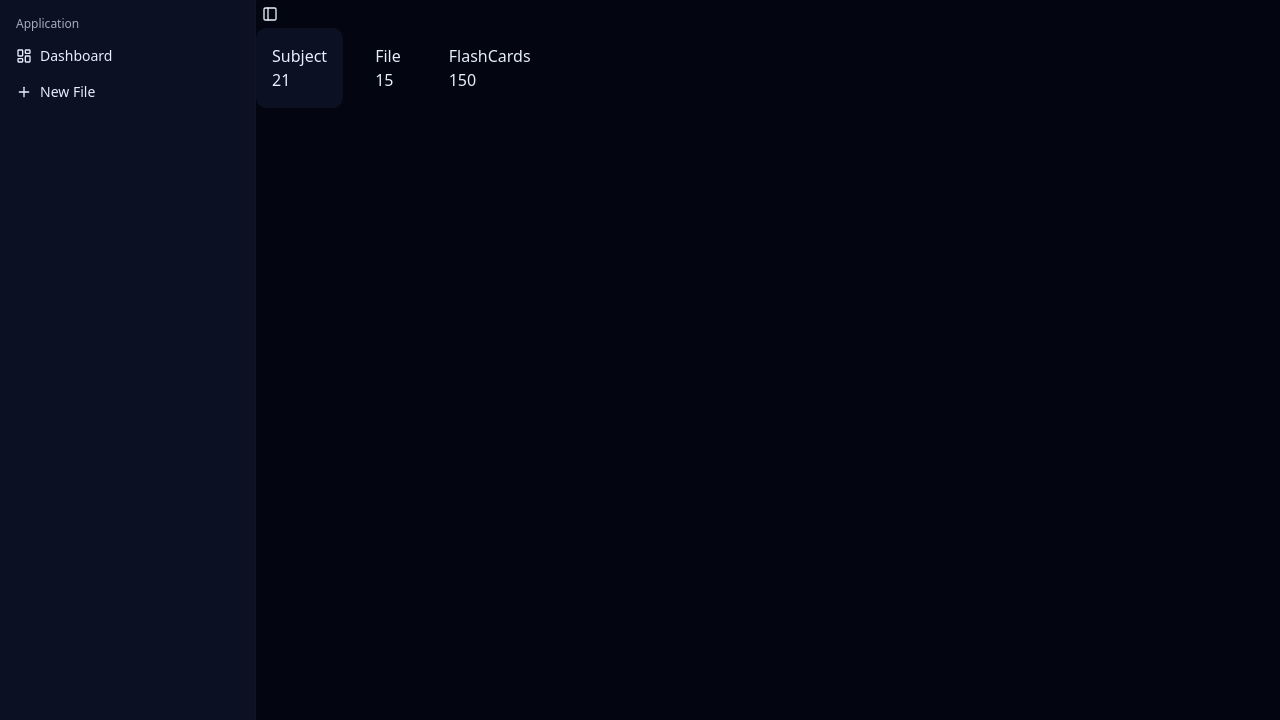
Repository: SywarDer/Student-Assistance
Page: /dashboard (app in student-assistant/)
The author's editor kept a copy of each file at every save. The page is drawn from the files as they stood at one save, then again after the next save.
The browser window is 1280 px wide. The pictures show the whole page.
The project was rebuilt for these pictures with package versions that can differ from the ones it lists, and the page was loaded fresh each time. The framework's server and built-in components were replaced by stand-ins that run in the browser. Also part of the build but not shown: student-assistant/next.config.ts, student-assistant/components/ui/input.tsx, student-assistant/components/ui/separator.tsx, student-assistant/components/ui/skeleton.tsx. Imported but missing from the stored project, and not drawn on this page: student-assistant/components/ui/sheet.

Above is the page before, as saved 2025-10-30 19:51:05.

### student-assistant/app/layout.tsx
import type { Metadata } from "next";
import { Geist, Geist_Mono } from "next/font/google";
import "./globals.css";
import { SidebarProvider, SidebarTrigger } from "@/components/ui/sidebar";
import { AppSidebar } from "./home/components/navBar";

const geistSans = Geist({
  variable: "--font-geist-sans",
  subsets: ["latin"],
});

const geistMono = Geist_Mono({
  variable: "--font-geist-mono",
  subsets: ["latin"],
});

export const metadata: Metadata = {
  title: "Create Next App",
  description: "Generated by create next app",
};

export default function RootLayout({
children,
}: Readonly<{
  children: React.ReactNode;
}>) {
  return (
    <html lang="en">
      <body
        className={`${geistSans.variable} ${geistMono.variable} antialiased`}
      >
        <SidebarProvider>
      <AppSidebar />
      <main>
        <SidebarTrigger />
        {children}
         </main>
    </SidebarProvider>
      </body>
    </html>
  );
}

### student-assistant/app/dashboard/page.tsx
export default function Dashboard(){
    return(

        <div className="flex space-x-4">
            <div className="rounded-lg p-4"  style={{
        backgroundColor: "var(--card)",
        color: "var(--card-foreground)",
      }}>
                <h1 className="">Subject</h1>
                <h1>21</h1>
            </div>
            <div className="rounded-lg p-4">
                <h1>File</h1>
                <h1>15</h1>
            </div>
            <div className="rounded-lg p-4">
                <h1>FlashCards</h1>
                <h1>150</h1>
            </div>
        </div>

    )
}

### student-assistant/app/globals.css
@import "tailwindcss";
@import "tw-animate-css";

@custom-variant dark (&:is(.dark *));

@theme inline {
  --color-background: var(--background);
  --color-foreground: var(--foreground);
  --font-sans: var(--font-geist-sans);
  --font-mono: var(--font-geist-mono);
  --color-sidebar-ring: var(--sidebar-ring);
  --color-sidebar-border: var(--sidebar-border);
  --color-sidebar-accent-foreground: var(--sidebar-accent-foreground);
  --color-sidebar-accent: var(--sidebar-accent);
  --color-sidebar-primary-foreground: var(--sidebar-primary-foreground);
  --color-sidebar-primary: var(--sidebar-primary);
  --color-sidebar-foreground: var(--sidebar-foreground);
  --color-sidebar: var(--sidebar);
  --color-chart-5: var(--chart-5);
  --color-chart-4: var(--chart-4);
  --color-chart-3: var(--chart-3);
  --color-chart-2: var(--chart-2);
  --color-chart-1: var(--chart-1);
  --color-ring: var(--ring);
  --color-input: var(--input);
  --color-border: var(--border);
  --color-destructive: var(--destructive);
  --color-accent-foreground: var(--accent-foreground);
  --color-accent: var(--accent);
  --color-muted-foreground: var(--muted-foreground);
  --color-muted: var(--muted);
  --color-secondary-foreground: var(--secondary-foreground);
  --color-secondary: var(--secondary);
  --color-primary-foreground: var(--primary-foreground);
  --color-primary: var(--primary);
  --color-popover-foreground: var(--popover-foreground);
  --color-popover: var(--popover);
  --color-card-foreground: var(--card-foreground);
  --color-card: var(--card);
  --radius-sm: calc(var(--radius) - 4px);
  --radius-md: calc(var(--radius) - 2px);
  --radius-lg: var(--radius);
  --radius-xl: calc(var(--radius) + 4px);
}

:root {
  --radius: 0.625rem;

  /* Base dark background & text */
  --background: oklch(0.12 0.03 270);        /* Dark gray-blue */
  --foreground: oklch(0.95 0.02 260);        /* Soft white */

  /* Cards & popovers */
  --card: oklch(0.18 0.04 270);              /* Slightly lighter than background */
  --card-foreground: var(--foreground);
  --popover: oklch(0.18 0.04 270);
  --popover-foreground: var(--foreground);

  /* Primary & secondary */
  --primary: oklch(0.6 0.12 260);            /* Deep blue */
  --primary-foreground: var(--foreground);
  --secondary: oklch(0.45 0.08 280);         /* Soft purple */
  --secondary-foreground: var(--foreground);

  /* Muted & accents */
  --muted: oklch(0.2 0.03 270);
  --muted-foreground: oklch(0.7 0.02 260);
  --accent: oklch(0.65 0.15 350);            /* Magenta/pinkish accent */
  --accent-foreground: var(--foreground);

  /* Destructive actions */
  --destructive: oklch(0.6 0.25 30);         /* Dark red */
  --border: oklch(0.3 0.02 270 / 40%);
  --input: oklch(0.15 0.03 270);             /* Slightly darker than card */
  --ring: oklch(0.5 0.03 270);

  /* Charts */
  --chart-1: oklch(0.65 0.22 40);
  --chart-2: oklch(0.6 0.15 170);
  --chart-3: oklch(0.4 0.08 230);
  --chart-4: oklch(0.6 0.18 300);
  --chart-5: oklch(0.55 0.2 50);

  /* Sidebar */
  --sidebar: oklch(0.18 0.04 270);
  --sidebar-foreground: var(--foreground);
  --sidebar-primary: var(--primary);
  --sidebar-primary-foreground: var(--foreground);
  --sidebar-accent: var(--accent);
  --sidebar-accent-foreground: var(--foreground);
  --sidebar-border: oklch(0.3 0.02 270 / 40%);
  --sidebar-ring: oklch(0.5 0.03 270);
}

/* Optional light mode toggle */
.light {
  --background: oklch(0.98 0.02 260);       /* Light gray */
  --foreground: oklch(0.12 0.03 270);       /* Dark text */

  --card: oklch(0.99 0.03 260);
  --card-foreground: var(--foreground);
  --popover: oklch(0.99 0.03 260);
  --popover-foreground: var(--foreground);

  --primary: oklch(0.2 0.05 260);
  --primary-foreground: var(--foreground);
  --secondary: oklch(0.5 0.1 280);
  --secondary-foreground: var(--foreground);

  --muted: oklch(0.85 0.03 270);
  --muted-foreground: oklch(0.35 0.02 260);
  --accent: oklch(0.8 0.2 350);
  --accent-foreground: var(--foreground);

  --destructive: oklch(0.9 0.25 30);
  --border: oklch(0.8 0.02 270 / 30%);
  --input: oklch(0.95 0.03 260);
  --ring: oklch(0.7 0.03 270);

  --chart-1: oklch(0.65 0.22 40);
  --chart-2: oklch(0.6 0.15 170);
  --chart-3: oklch(0.4 0.08 230);
  --chart-4: oklch(0.6 0.18 300);
  --chart-5: oklch(0.55 0.2 50);

  --sidebar: oklch(0.95 0.03 260);
  --sidebar-foreground: var(--foreground);
  --sidebar-primary: var(--primary);
  --sidebar-primary-foreground: var(--foreground);
  --sidebar-accent: var(--accent);
  --sidebar-accent-foreground: var(--foreground);
  --sidebar-border: oklch(0.8 0.02 270 / 30%);
  --sidebar-ring: oklch(0.7 0.03 270);
}



@layer base {
  * {
    @apply border-border outline-ring/50;
  }
  body {
    @apply bg-background text-foreground;
  }
}

### student-assistant/app/home/components/navBar.tsx
import { Calendar, Home, Inbox, LayoutDashboardIcon, PlusIcon, Search, Settings } from "lucide-react"

import {
  Sidebar,
  SidebarContent,
  SidebarGroup,
  SidebarGroupContent,
  SidebarGroupLabel,
  SidebarMenu,
  SidebarMenuButton,
  SidebarMenuItem,
} from "@/components/ui/sidebar"


const items = [
  {
    title: "Dashboard",
    url: "/dashboard",
    icon: LayoutDashboardIcon,
  },
  {
    title: "New File",
    url: "/new-file",
    icon: PlusIcon,
  },

]

export function AppSidebar() {
  return (
    <Sidebar>
      <SidebarContent>
        <SidebarGroup>
          <SidebarGroupLabel>Application</SidebarGroupLabel>
          <SidebarGroupContent>
            <SidebarMenu>
              {items.map((item) => (
                <SidebarMenuItem key={item.title}>
                  <SidebarMenuButton asChild>
                    <a href={item.url}>
                      <item.icon />
                      <span>{item.title}</span>
                    </a>
                  </SidebarMenuButton>
                </SidebarMenuItem>
              ))}
            </SidebarMenu>
          </SidebarGroupContent>
        </SidebarGroup>
      </SidebarContent>
    </Sidebar>
  )
}

### student-assistant/components/ui/button.tsx
import * as React from "react"
import { Slot } from "@radix-ui/react-slot"
import { cva, type VariantProps } from "class-variance-authority"

import { cn } from "@/lib/utils"

const buttonVariants = cva(
  "inline-flex items-center justify-center gap-2 whitespace-nowrap rounded-md text-sm font-medium transition-all disabled:pointer-events-none disabled:opacity-50 [&_svg]:pointer-events-none [&_svg:not([class*='size-'])]:size-4 shrink-0 [&_svg]:shrink-0 outline-none focus-visible:border-ring focus-visible:ring-ring/50 focus-visible:ring-[3px] aria-invalid:ring-destructive/20 dark:aria-invalid:ring-destructive/40 aria-invalid:border-destructive",
  {
    variants: {
      variant: {
        default: "bg-primary text-primary-foreground hover:bg-primary/90",
        destructive:
          "bg-destructive text-white hover:bg-destructive/90 focus-visible:ring-destructive/20 dark:focus-visible:ring-destructive/40 dark:bg-destructive/60",
        outline:
          "border bg-background shadow-xs hover:bg-accent hover:text-accent-foreground dark:bg-input/30 dark:border-input dark:hover:bg-input/50",
        secondary:
          "bg-secondary text-secondary-foreground hover:bg-secondary/80",
        ghost:
          "hover:bg-accent hover:text-accent-foreground dark:hover:bg-accent/50",
        link: "text-primary underline-offset-4 hover:underline",
      },
      size: {
        default: "h-9 px-4 py-2 has-[>svg]:px-3",
        sm: "h-8 rounded-md gap-1.5 px-3 has-[>svg]:px-2.5",
        lg: "h-10 rounded-md px-6 has-[>svg]:px-4",
        icon: "size-9",
        "icon-sm": "size-8",
        "icon-lg": "size-10",
      },
    },
    defaultVariants: {
      variant: "default",
      size: "default",
    },
  }
)

function Button({
  className,
  variant,
  size,
  asChild = false,
  ...props
}: React.ComponentProps<"button"> &
  VariantProps<typeof buttonVariants> & {
    asChild?: boolean
  }) {
  const Comp = asChild ? Slot : "button"

  return (
    <Comp
      data-slot="button"
      className={cn(buttonVariants({ variant, size, className }))}
      {...props}
    />
  )
}

export { Button, buttonVariants }

### student-assistant/components/ui/tooltip.tsx
"use client"

import * as React from "react"
import * as TooltipPrimitive from "@radix-ui/react-tooltip"

import { cn } from "@/lib/utils"

function TooltipProvider({
  delayDuration = 0,
  ...props
}: React.ComponentProps<typeof TooltipPrimitive.Provider>) {
  return (
    <TooltipPrimitive.Provider
      data-slot="tooltip-provider"
      delayDuration={delayDuration}
      {...props}
    />
  )
}

function Tooltip({
  ...props
}: React.ComponentProps<typeof TooltipPrimitive.Root>) {
  return (
    <TooltipProvider>
      <TooltipPrimitive.Root data-slot="tooltip" {...props} />
    </TooltipProvider>
  )
}

function TooltipTrigger({
  ...props
}: React.ComponentProps<typeof TooltipPrimitive.Trigger>) {
  return <TooltipPrimitive.Trigger data-slot="tooltip-trigger" {...props} />
}

function TooltipContent({
  className,
  sideOffset = 0,
  children,
  ...props
}: React.ComponentProps<typeof TooltipPrimitive.Content>) {
  return (
    <TooltipPrimitive.Portal>
      <TooltipPrimitive.Content
        data-slot="tooltip-content"
        sideOffset={sideOffset}
        className={cn(
          "bg-foreground text-background animate-in fade-in-0 zoom-in-95 data-[state=closed]:animate-out data-[state=closed]:fade-out-0 data-[state=closed]:zoom-out-95 data-[side=bottom]:slide-in-from-top-2 data-[side=left]:slide-in-from-right-2 data-[side=right]:slide-in-from-left-2 data-[side=top]:slide-in-from-bottom-2 z-50 w-fit origin-(--radix-tooltip-content-transform-origin) rounded-md px-3 py-1.5 text-xs text-balance",
          className
        )}
        {...props}
      >
        {children}
        <TooltipPrimitive.Arrow className="bg-foreground fill-foreground z-50 size-2.5 translate-y-[calc(-50%_-_2px)] rotate-45 rounded-[2px]" />
      </TooltipPrimitive.Content>
    </TooltipPrimitive.Portal>
  )
}

export { Tooltip, TooltipTrigger, TooltipContent, TooltipProvider }

Loaded but not shown: student-assistant/hooks/use-mobile.ts (common file); student-assistant/lib/utils.ts (common file); student-assistant/components/ui/sidebar.tsx (726 lines, source omitted)

After the next save:
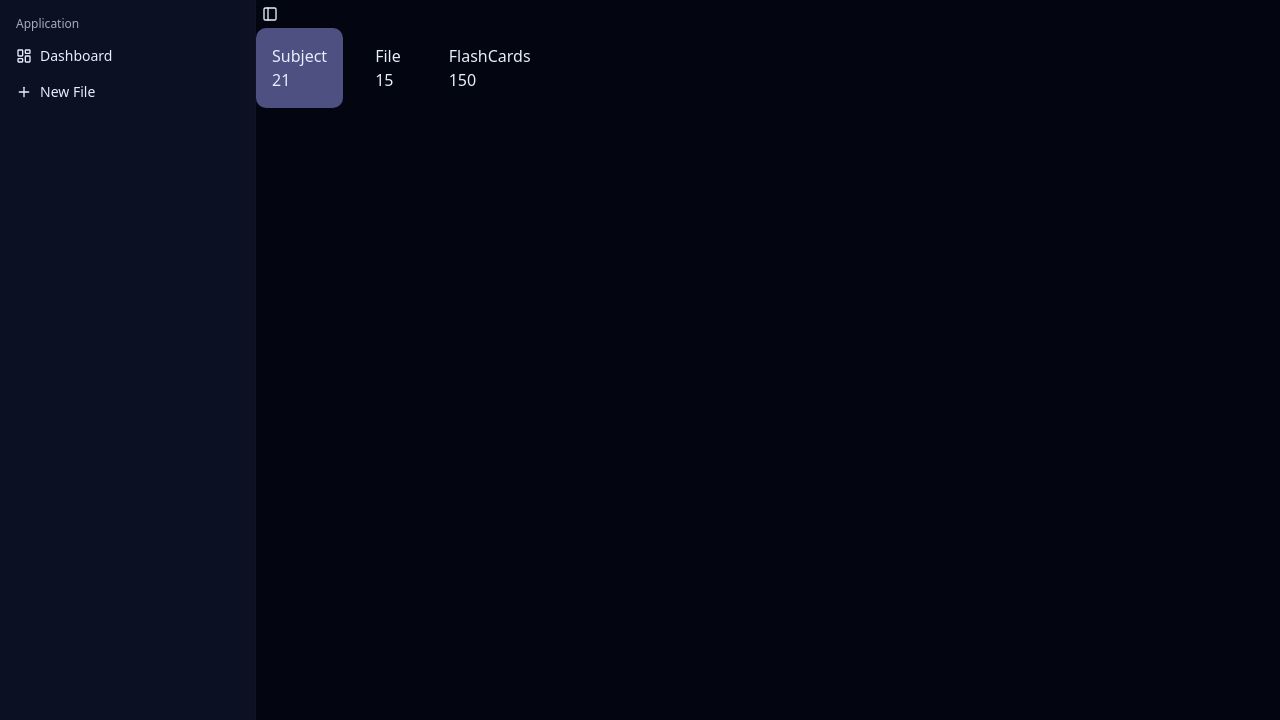
Saved 34 s later.
--- a/student-assistant/app/dashboard/page.tsx
+++ b/student-assistant/app/dashboard/page.tsx
@@ -3,7 +3,7 @@ export default function Dashboard(){
 
         <div className="flex space-x-4">
             <div className="rounded-lg p-4"  style={{
-        backgroundColor: "var(--card)",
+        backgroundColor: "var(--secondary)",
         color: "var(--card-foreground)",
       }}>
                 <h1 className="">Subject</h1>
